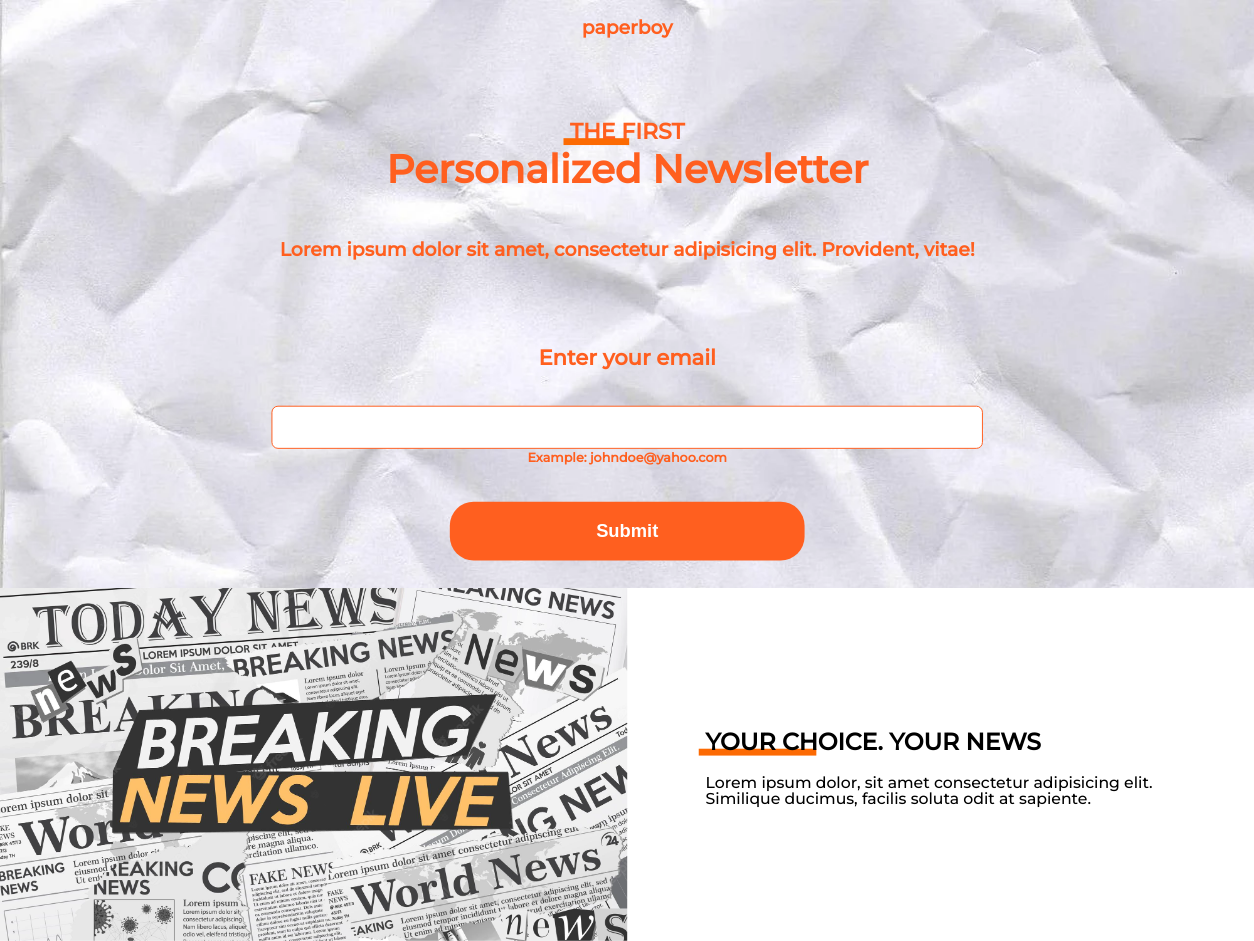
Repository: Gionnn/proiecte
Page: index.html
These files come from the project's save history. The page is drawn as it stood at one moment and after the next save; the edit follows.
The browser window is 1280 px wide. The pictures show the whole page, at 98% of full size.

Above is the page before, as saved 2022-11-28 14:52:58.

### index.html
<!DOCTYPE html>
<html lang="en">
  <head>
    <meta charset="UTF-8" />
    <meta name="viewport" content="width=device-width, initial-scale=1.0" />
    <meta http-equiv="X-UA-Compatible" content="ie=edge" />
    <link rel="stylesheet" href="css/main.css" />
    <title>Paperboy</title>
  </head>

  <body>
    <div class="hero-bg">
      <section class="top">
        <header>
          <a href="index.html">paperboy</a>
        </header>

        <h1><span>The first </span>Personalized Newsletter</h1>
        <p>
          Lorem ipsum dolor sit amet, consectetur adipisicing elit. Provident,
          vitae!
        </p>
        <div class="form-container">
          <form action="">
            <div class="form-left">
              <label for="email">Enter your email</label>
              <input type="text" name="email" id="email" />
              <p>Example: johndoe@yahoo.com</p>
            </div>
            <input type="button" value="Submit" />
          </form>
        </div>
      </section>
    </div>

    <section class="bottom">
      <div class="right-col">
        <h2>Your choice. Your news</h2>
        <p>
          Lorem ipsum dolor, sit amet consectetur adipisicing elit. Similique
          ducimus, facilis soluta odit at sapiente.
        </p>
      </div>
      <img src="images/paper.jpeg" alt="Breaking News" />
    </section>
  </body>
</html>

### css/main.css
@import url("https://fonts.googleapis.com/css2?family=Montserrat:wght@500&display=swap");

body {
  font-family: "Montserrat", sans-serif;
  margin: 0;
}

.hero-bg {
  background: url("../images/background.jpeg");
  color: #ff5f1f;
  text-align: center;
}

header {
  padding-top: 1em;
}
.hero-bg a {
  color: #ff5f1f;
  text-decoration: none;
  font-weight: bold;
  font-size: 1.2rem;
}

section {
  margin: 0 1em;
}

h1 {
  font-size: 2.5rem;
  margin: 2em 0 1.2em;
}

h1 span {
  text-transform: uppercase;
  display: block;
  font-size: 1.4rem;
  position: relative;
  z-index: 1;
}
h1 span::before {
  content: " ";
  position: absolute;
  width: 3em;
  background: #fc6a03;
  height: 0.3em;
  bottom: 0;
  z-index: -1;
  margin-left: -0.3em;
}
.hero-bg p {
  font-weight: bold;
  margin: 0 1em 3em;
  font-size: 1.2rem;
}
.form-container {
  margin: 2em -1em 0;
  padding: 2em;
}
label {
  color: #ff5f1f;
  font-weight: bold;
  display: block;
  margin-bottom: 1em;
  font-size: 1.5em;
}
input[type="text"] {
  border: 1px solid #ff5f1f;
  width: 60%;
  padding: 1em;
  box-sizing: border-box;
  border-radius: 0.5em;
  margin-top: 1.2em;
}
.form-container {
  color: #ff5f1f;
  margin-bottom: 1.5em;
  font-weight: normal;
  font-size: 0.9em;
  margin-top: 0.3em;
}
.form-container p {
  font-size: 0.9em;
  margin-top: 0.2em;
}
input[type="button"] {
  background-color: #ff5f1f;
  border: none;
  width: 30%;
  color: white;
  font-weight: bold;
  padding: 1em 0;
  border-radius: 1.3em;
  font-size: 1.3em;
  cursor: pointer;
}

input[type="button"]:hover {
  background-color: #c47508;
}

.bottom {
  margin: 0;
}

.right-col {
  text-align: center;
  margin: 3em 1em;
}

h2 {
  text-transform: uppercase;
  position: relative;
}

h2::before {
  content: " ";
  position: absolute;
  width: 5em;
  background: #fc6a03;
  height: 0.3em;
  bottom: 0;
  z-index: -1;
  margin-left: -0.3em;
}

img {
  width: 100%;
}

p {
  line-height: 1em;
}

@media (min-width: 730px) {
  section {
    margin: 0 4em;
  }
  .form-container {
    margin: 2em -4em 0;
  }
}

@media (min-width: 930px) {
  .bottom {
    display: grid;
    grid-template-columns: repeat(2, 50%);
    grid-template-areas: "paper content";
  }
  .right-col {
    grid-area: content;
    padding: 0 10%;
    text-align: left;
    align-self: center;
  }
  img {
    grid-area: paper;
  }
}

.top {
  animation: fadeIn 2s forwards;
}

@keyframes fadeIn {
  from {
    opacity: 0;
    transform: translateY(-2em);
  }
  to {
    opacity: 1;
    transform: translateY(0);
  }
}

After the next save:
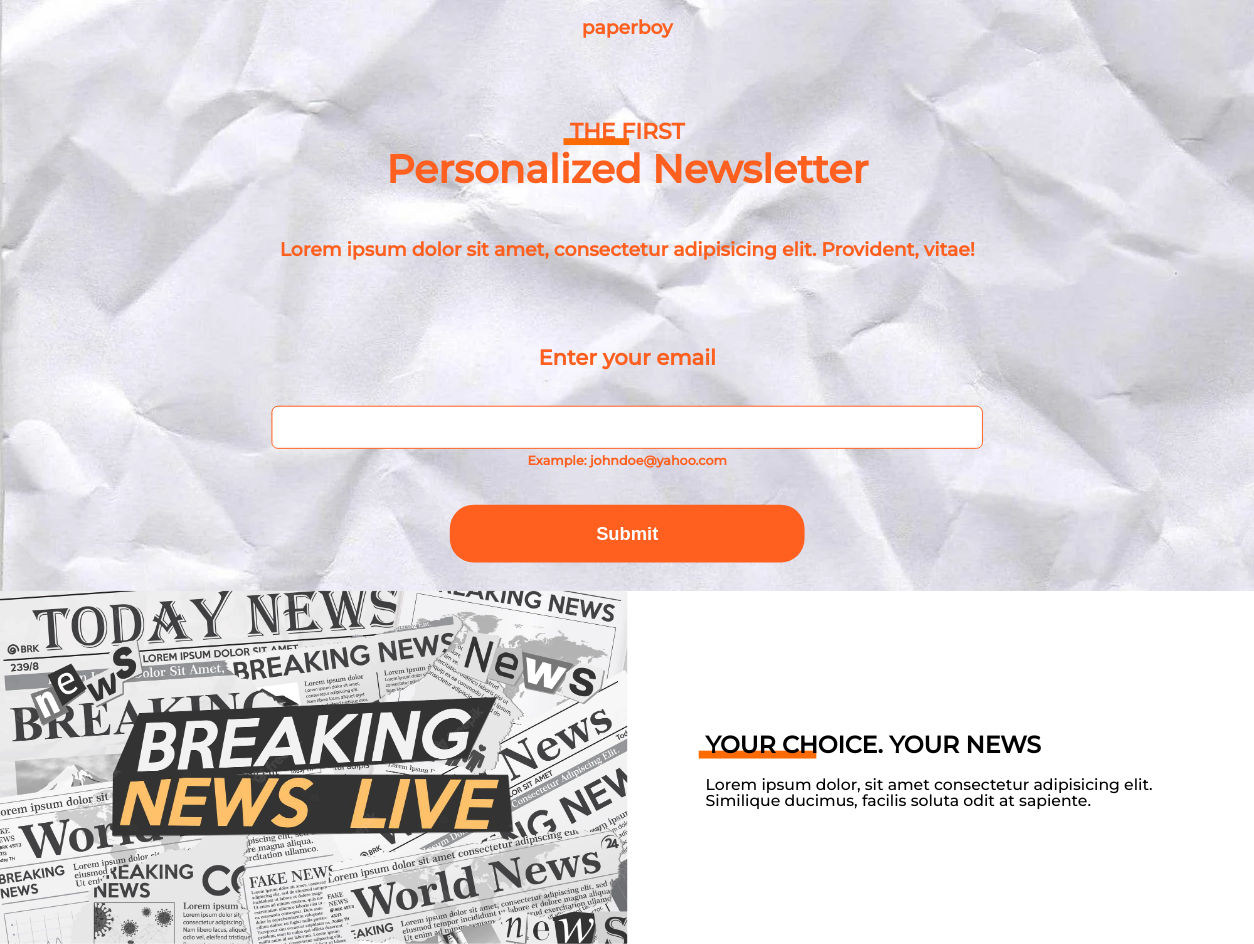
Saved 5 s later.
--- a/css/main.css
+++ b/css/main.css
@@ -80,7 +80,7 @@ input[type="text"] {
 }
 .form-container p {
   font-size: 0.9em;
-  margin-top: 0.2em;
+  margin-top: 0.4em;
 }
 input[type="button"] {
   background-color: #ff5f1f;
